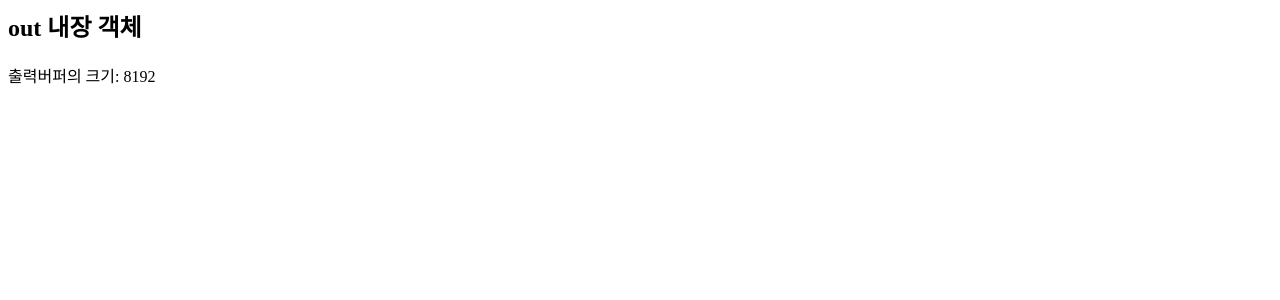
Repository: bhj305/JSP_Servlet
Page: http://localhost/MustHaveJSP/02ImplicitObject/OutMain.jsp
These files come from the project's save history. The page is drawn as it stood at one moment and after the next save; the edit follows.
The browser window is 1280 px wide. The pictures show the whole page.
The page is served by Tomcat 10. Other server files are loaded and not shown.

Above is the page before, as saved 2025-05-07 00:45:25.

### MustHaveJSP/src/main/webapp/02ImplicitObject/OutMain.jsp
<%@ page language="java" contentType="text/html; charset=UTF-8"
    pageEncoding="UTF-8"%>
<!DOCTYPE html>
<html>
	<head>
	<meta charset="UTF-8">
	<title>내장객체 - out</title>
	</head>
	<body>
		<%
		out.print("출력되지 않는 텍스트"); // 버퍼에 저장됨
		out.clearBuffer(); // 버퍼에 저장된 내용 삭제

		out.print("<h2>out 내장 객체</h2>");
		out.print("출력버퍼의 크기: " + out.getBufferSize() + "<br/>");
		%>
	</body>
</html>

After the next save:
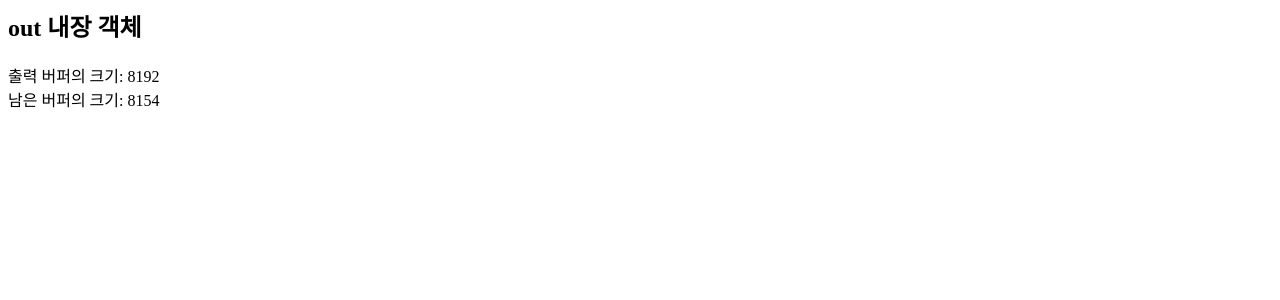
Saved 26 s later.
--- a/MustHaveJSP/src/main/webapp/02ImplicitObject/OutMain.jsp
+++ b/MustHaveJSP/src/main/webapp/02ImplicitObject/OutMain.jsp
@@ -12,7 +12,8 @@
 		out.clearBuffer(); // 버퍼에 저장된 내용 삭제
 
 		out.print("<h2>out 내장 객체</h2>");
-		out.print("출력버퍼의 크기: " + out.getBufferSize() + "<br/>");
+		out.print("출력 버퍼의 크기: " + out.getBufferSize() + "<br/>");
+		out.print("남은 버퍼의 크기: " + out.getRemaining() + "<br/>");
 		%>
 	</body>
 </html>
